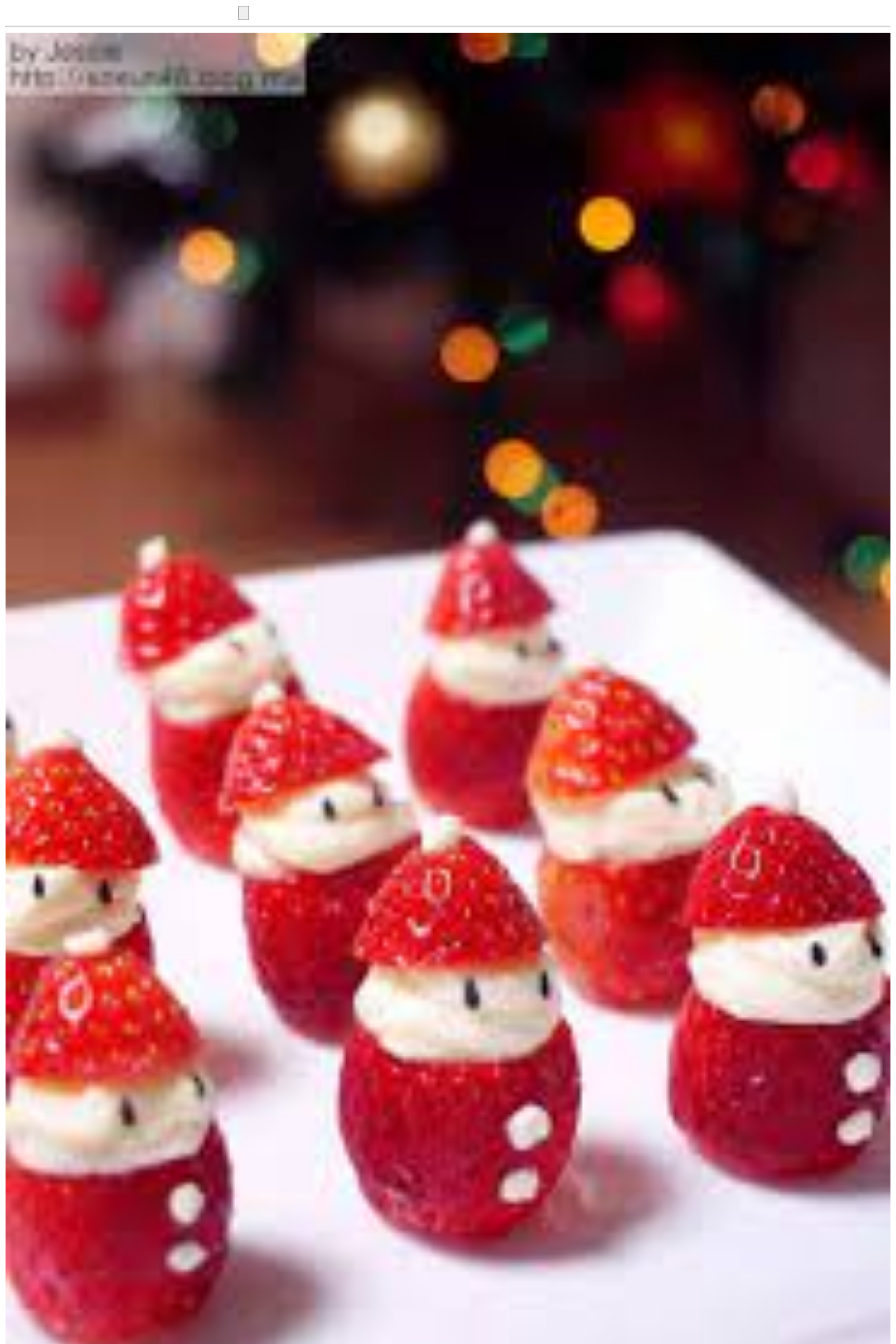
Repository: KangSuA/JSP
Page: webApp/src/main/webapp/jquery/jq14_effect.html
An editor plug-in stored every save of this project. The page is shown before and after the next save, followed by the edit.
The browser window is 1280 px wide. The pictures show the part of the page from y = 0 to 1920 px (the page is 2793 px tall before and 2797 px after), at 70% of full size.

Above is the page before, as saved 2023-02-15 07:13:03.

After the next save:
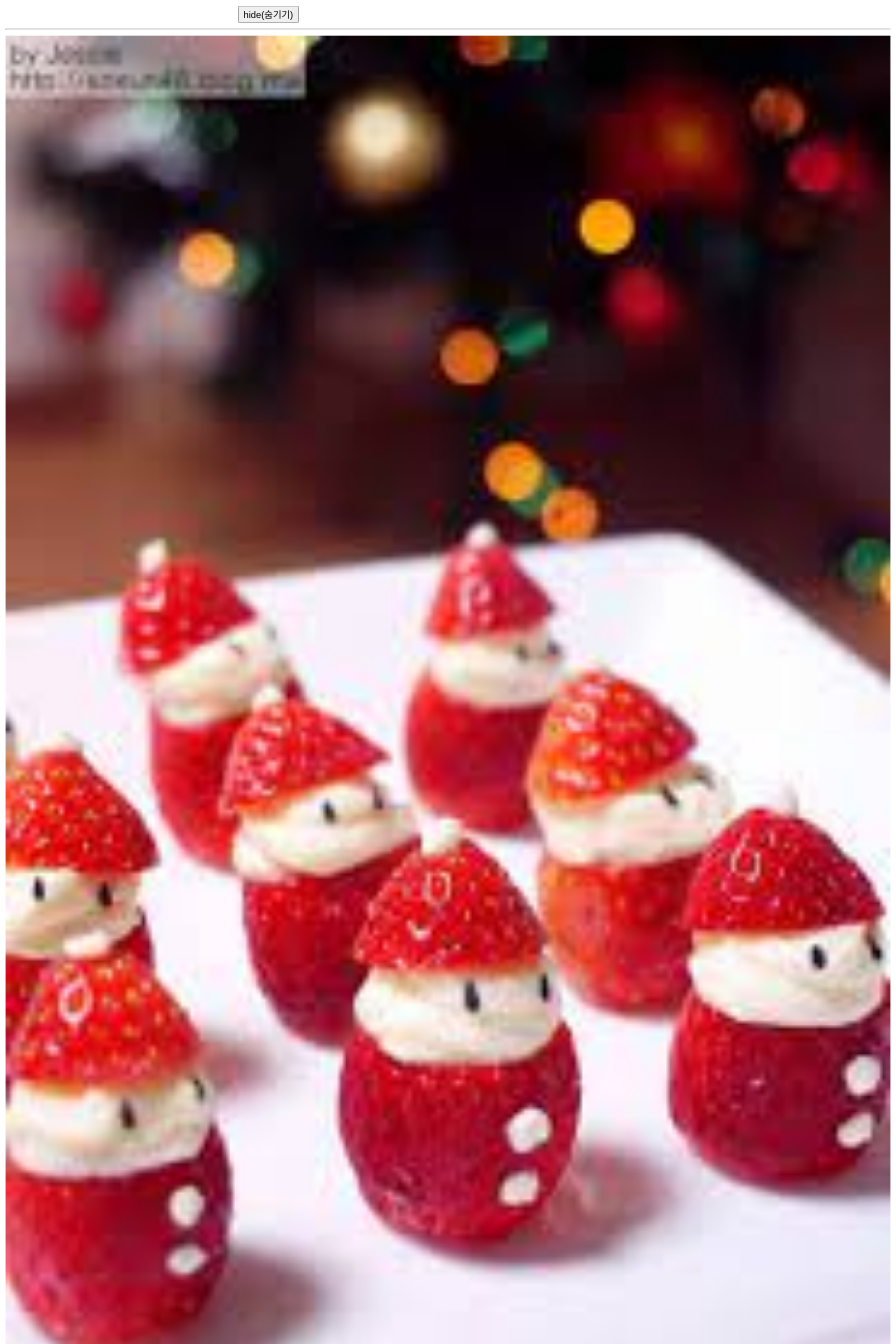
Console error: SyntaxError: Unexpected token ')'
Saved 5 min 37 s later.
--- a/webApp/src/main/webapp/jquery/jq14_effect.html
+++ b/webApp/src/main/webapp/jquery/jq14_effect.html
@@ -8,10 +8,20 @@
 	img{width:100%}
 	div{width:600px; margin:0 auto;}
 </style>
+<script>
+	$(function(){
+		//숨기기
+		$('#hide').click(function(){
+			$('img:eq(0)').hide(3000,function()){
+				alert('hide이번트 발생함.');
+			}
+		})
+	});
+</script>
 </head>
 <body>
 <div>
-	<input type="button" value="" id=""/>
+	<input type="button" value="hide(숨기기)" id="hide"/>
 </div>
 <hr/>
 <img src="../img/01.jfif"/>

After the 2 saves that followed:
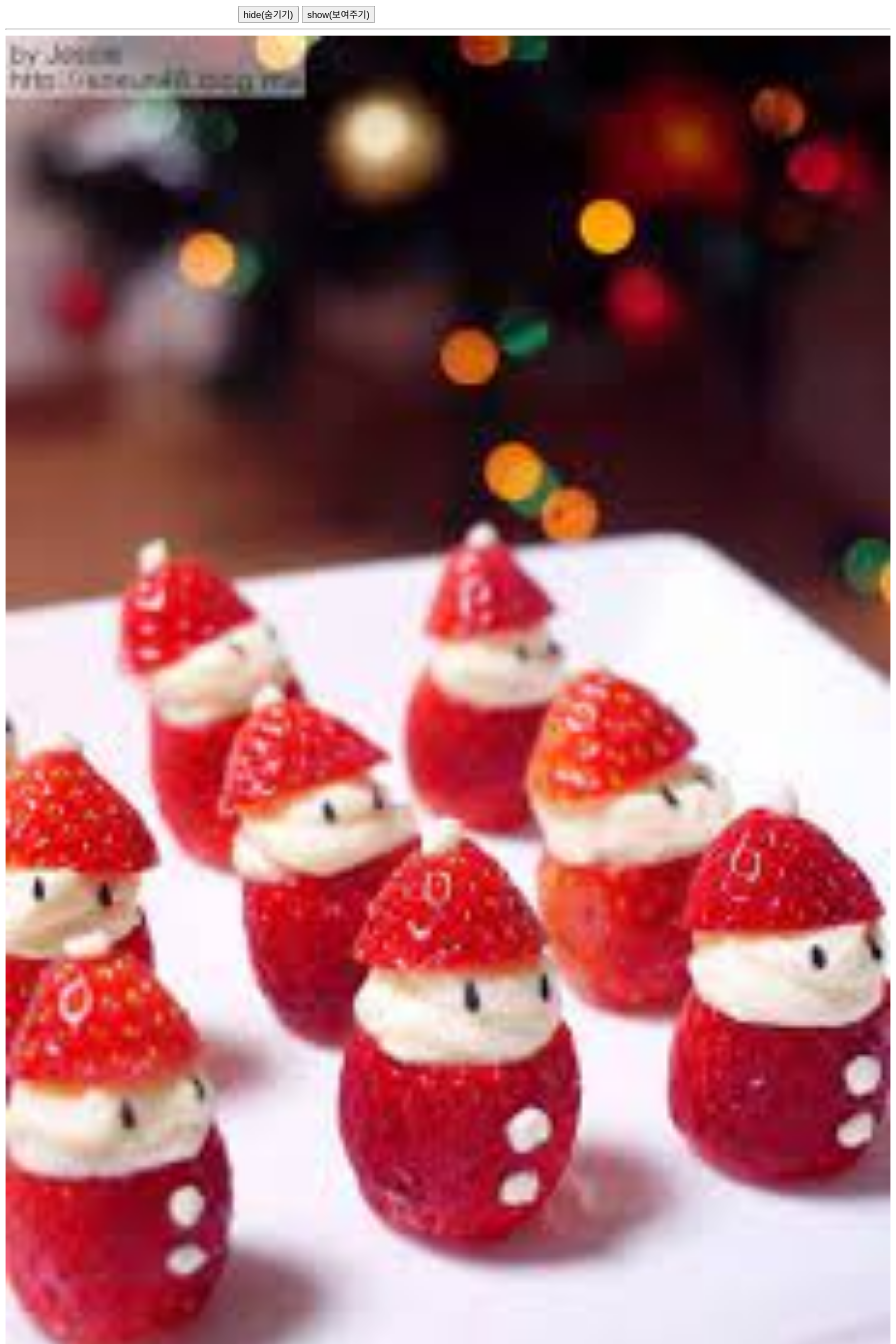
The error is gone.
The 2 saves are shown as one change because 1 left the picture as it was.
The last was saved 3 min 29 s later.
--- a/webApp/src/main/webapp/jquery/jq14_effect.html
+++ b/webApp/src/main/webapp/jquery/jq14_effect.html
@@ -12,16 +12,21 @@
 	$(function(){
 		//숨기기
 		$('#hide').click(function(){
-			$('img:eq(0)').hide(3000,function()){
+			$('img:eq(0)').hide(3000,function(){ //속도:밀리초, slow, fast, normal
 				alert('hide이번트 발생함.');
-			}
-		})
+			});
+		});
+		//보여주기
+		$('#show').on('click',function(){
+			img.show('fast');
+		});
 	});
 </script>
 </head>
 <body>
 <div>
 	<input type="button" value="hide(숨기기)" id="hide"/>
+	<input type="button" value="show(보여주기)" id="show"/>
 </div>
 <hr/>
 <img src="../img/01.jfif"/>
